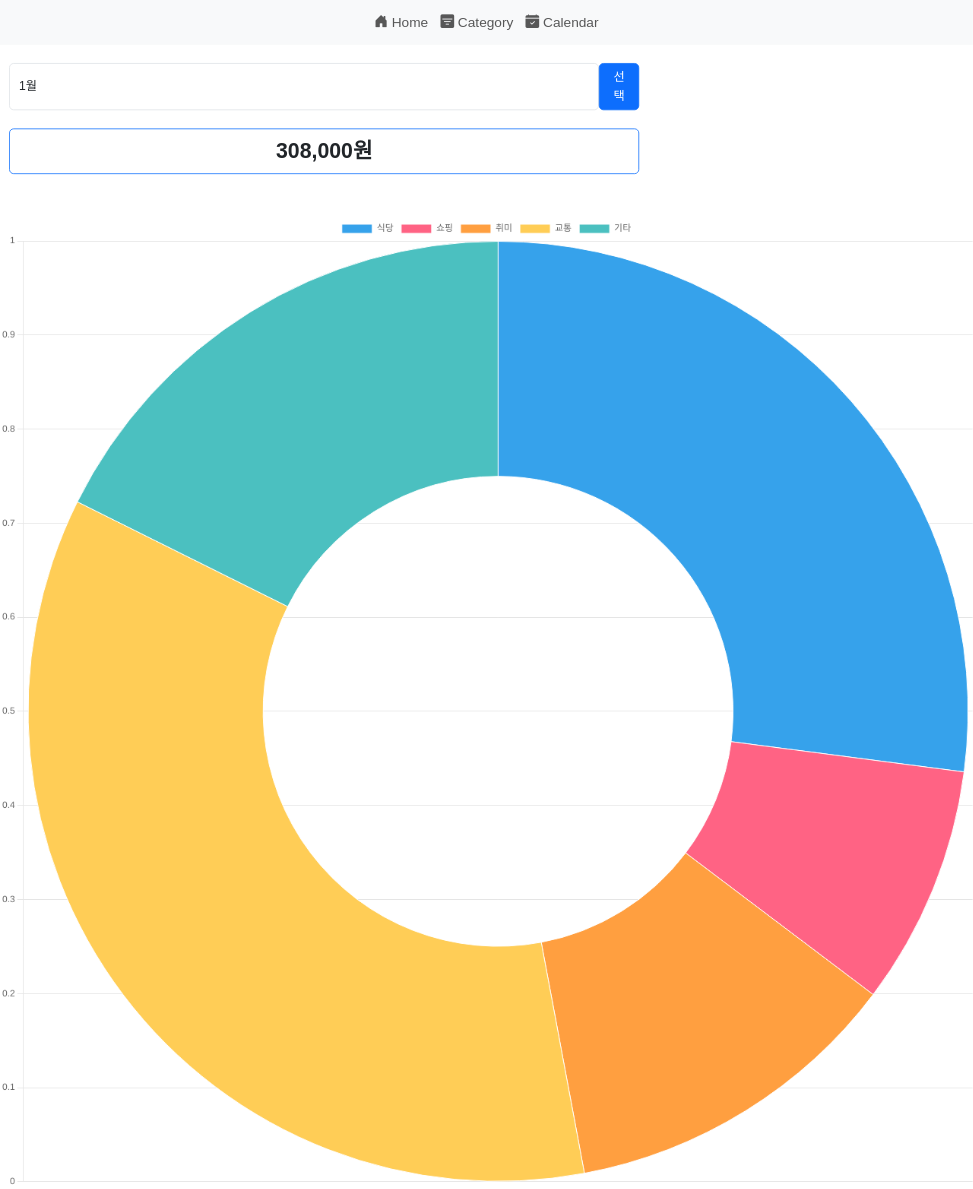
Repository: kimSummerrain/KairosHackathon
Page: venvs/karios/templates/detail.html
These files come from the project's save history. The page is drawn as it stood at one moment and after the next save; the edit follows.
The browser window is 1280 px wide. The pictures show the whole page, at 76% of full size.

Above is the page before, as saved 2024-02-26 16:59:10.

### venvs/karios/templates/detail.html
<!DOCTYPE html>
<html lang="ko">

<head>
    <meta charset="UTF-8">
    <meta name="viewport" content="width=device-width, initial-scale=1.0">
    <title>Document</title>
    <link href="https://cdn.jsdelivr.net/npm/bootstrap@5.3.3/dist/css/bootstrap.min.css" rel="stylesheet"
        integrity="sha384-QWTKZyjpPEjISv5WaRU9OFeRpok6YctnYmDr5pNlyT2bRjXh0JMhjY6hW+ALEwIH" crossorigin="anonymous">

    <script src="https://cdn.jsdelivr.net/npm/bootstrap@5.3.3/dist/js/bootstrap.bundle.min.js"
        integrity="sha384-YvpcrYf0tY3lHB60NNkmXc5s9fDVZLESaAA55NDzOxhy9GkcIdslK1eN7N6jIeHz"
        crossorigin="anonymous"></script>
    <link href="static/css/main-style.css" rel="stylesheet" />
</head>

<body>
    <!--navbar-->
    <nav class="navbar navbar-expand bg-body-tertiary">
        <div class="container-fluid">
            <div class="collapse navbar-collapse" id="navbarNav">
                <ul class="navbar-nav mx-auto"> <!-- mx-auto를 추가하여 가운데 정렬 -->
                    <li class="nav-item">
                        <a class="nav-link" href="/"><i class="bi bi-house-door-fill"></i> Home</a>
                    </li>
                    <li class="nav-item">
                        <a class="nav-link" href="/detail"><i class="bi bi-filter-square-fill"></i> Category</a>
                    </li>
                    <li class="nav-item">
                        <a class="nav-link" href="/calendar"><i class="bi bi-calendar-check-fill"></i> Calendar</a>
                    </li>
                </ul>
            </div>
        </div>
    </nav>
    <br>
    <div class="container-fluid">
        <div class="row">
            <div class="col-md-8">
                <form>
                    <div class="form-group d-flex">
                        <select class="form-control mr-2" id="month-select">
                            <option value="1">1월</option>
                            <option value="2">2월</option>
                            <option value="3">3월</option>
                            <option value="4">4월</option>
                            <option value="5">5월</option>
                            <option value="6">6월</option>
                            <option value="7">7월</option>
                            <option value="8">8월</option>
                            <option value="9">9월</option>
                            <option value="10">10월</option>
                            <option value="11">11월</option>
                            <option value="12">12월</option>
                        </select>
                        <button type="button" class="btn btn-primary btn-block" onclick="changeDate()">선택</button>
                    </div>
                </form>
                <br>
                <p class="text-second fs-3 fw-bold border border-primary p-2 mb-2 text-center rounded">308,000원</p>
            </div>
        </div>
    </div>
    <br>
    <br>
    <div>
        <canvas id="myChart"></canvas>
    </div>

    <!--Chart Library-->
    <script src="https://cdn.jsdelivr.net/npm/bootstrap@5.3.3/dist/js/bootstrap.bundle.min.js"
        integrity="sha384-YvpcrYf0tY3lHB60NNkmXc5s9fDVZLESaAA55NDzOxhy9GkcIdslK1eN7N6jIeHz"
        crossorigin="anonymous"></script>
    <link rel="stylesheet" href="https://cdn.jsdelivr.net/npm/bootstrap-icons@1.11.3/font/bootstrap-icons.min.css">
    <script src="https://cdn.jsdelivr.net/npm/chart.js"></script>
    <script src="static/js/pie.js"></script>

</body>

</html>

### venvs/karios/static/css/main-style.css
html,
body {
    margin: 0;
    padding: 0;
    font-family: Arial, Helvetica Neue, Helvetica, sans-serif;
}

#calendar {
    max-width: 1100px;
    margin: 40px auto;
}

a.fc-daygrid-day-number {
    color: black;
    text-decoration: none;
}

a.fc-col-header-cell-cushion {
    color: black;
    text-decoration: none;
}

.navbar-nav .nav-link {
    font-size: 18px;
}

.rounded-rectangle {
    width: 340px;
    /* 직사각형의 너비 */
    height: 210px;
    /* 직사각형의 높이 */
    background-color: #ffffff;
    /* 배경색 */
    border-radius: 20px;
    /* 꼭짓점을 둥글게 하는 정도 */
    margin: 0px auto 0;
    /* rectangle과 겹치도록 마진 조정 */
    padding: 20px;
    /* 내부 여백 */
    text-align: center;
    /* 내용을 가운데 정렬 */
    border: 2px solid #333;
    /* 테두리의 두께와 색상 */
    position: relative;
    /* 포지션을 상대위치로 설정하여 겹치게 함 */
    /* z-index: -1; */
    /* 겹치는 요소의 순서를 지정 */
}

h1 {
    font-size: 5em;
}

h2 {
    font-size: 3em;

}

.margin-top {
    margin-top: 240px;
}

.text-start {
    font-size: 24px;
}

.text-second {
    font-size: 15px;
}

### venvs/karios/static/js/pie.js
const ctx = document.getElementById('myChart');

new Chart(ctx, {
    type: 'doughnut',
    data: {
        labels: ['식당', '쇼핑', '취미', '교통', '기타'],
        datasets: [{
            label: '# of Votes',
            data: [23, 7, 10, 30, 15],
            borderWidth: 1
        }]
    },
    options: {
        scales: {
            y: {
                beginAtZero: true
            }
        }
    }
});

After the next save:
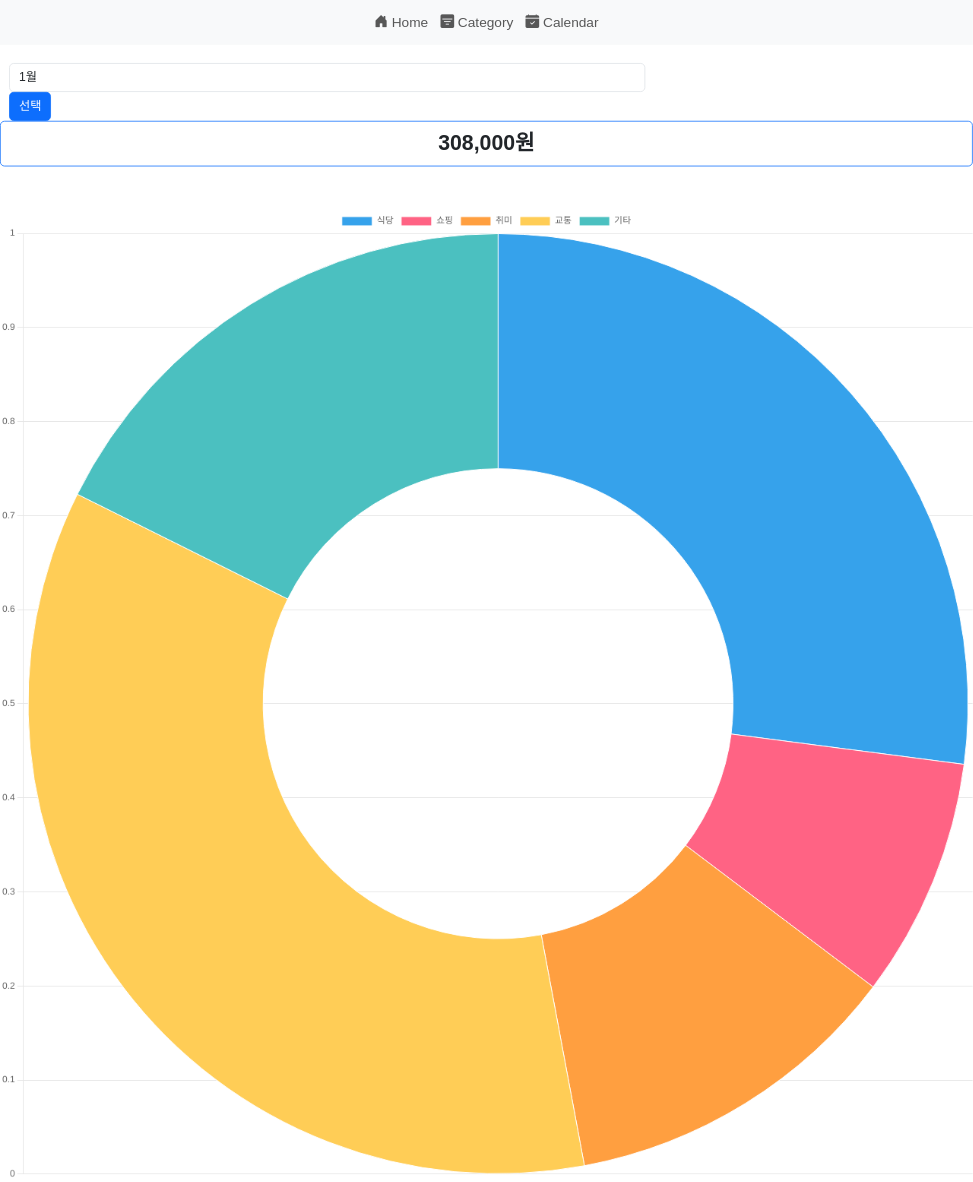
Saved 31 s later.
--- a/venvs/karios/templates/detail.html
+++ b/venvs/karios/templates/detail.html
@@ -36,8 +36,8 @@
     <br>
     <div class="container-fluid">
         <div class="row">
-            <div class="col-md-8">
-                <form>
+            <form>
+                <div class="col-md-8">
                     <div class="form-group d-flex">
                         <select class="form-control mr-2" id="month-select">
                             <option value="1">1월</option>
@@ -53,12 +53,12 @@
                             <option value="11">11월</option>
                             <option value="12">12월</option>
                         </select>
-                        <button type="button" class="btn btn-primary btn-block" onclick="changeDate()">선택</button>
                     </div>
-                </form>
-                <br>
-                <p class="text-second fs-3 fw-bold border border-primary p-2 mb-2 text-center rounded">308,000원</p>
-            </div>
+                    <button type="button" class="btn btn-primary btn-block" onclick="changeDate()">선택</button>
+                </div>
+            </form>
+            <br>
+            <p class="text-second fs-3 fw-bold border border-primary p-2 mb-2 text-center rounded">308,000원</p>
         </div>
     </div>
     <br>
